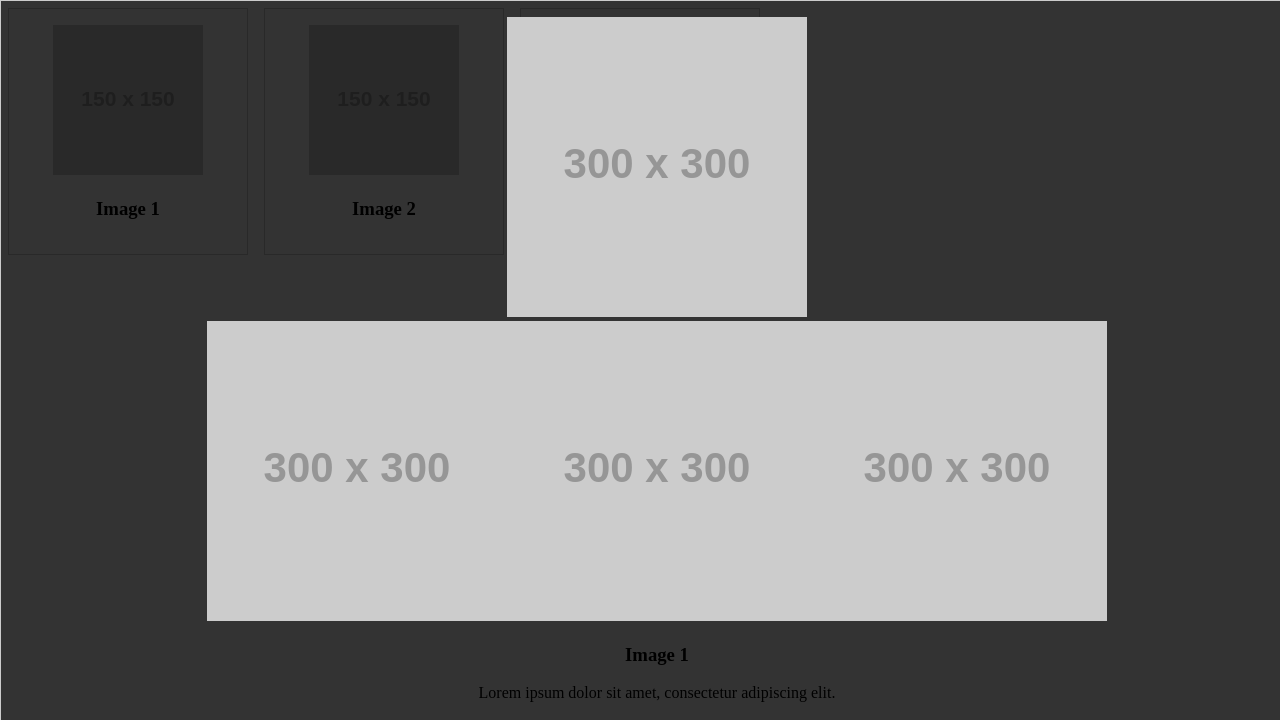
Repository: Jordybeer/wow
Page: /, after clicking the first element matching `div.card`
The author's editor kept a copy of each file at every save. The page is drawn from the files as they stood at one save, then again after the next save.
The browser window is 1280 px wide. The pictures show the whole page.
The project was rebuilt for these pictures with package versions that can differ from the ones it lists, and the page was loaded fresh each time. The framework's server and built-in components were replaced by stand-ins that run in the browser.

Above is the page before, as saved 2023-09-18 09:36:16.

### pages/_app.tsx
// pages/_app.tsx
import '../styles/styles.css';

function MyApp({ Component, pageProps }) {
  return <Component {...pageProps} />;
}

export default MyApp;

### pages/index.tsx
// pages/index.tsx
import React, { useState } from 'react';
import CardGrid from '../components/CardGrid';
import ExpandedCard from '../components/ExpandedCard';

const Home = () => {
  const [selectedCard, setSelectedCard] = useState(null);

  return (
    <div>
      <CardGrid setSelectedCard={setSelectedCard} />
      {selectedCard && (
        <ExpandedCard data={selectedCard} setSelectedCard={setSelectedCard} />
      )}
    </div>
  );
};

export default Home;

### styles/styles.css
/* styles/styles.css */
.grid {
  display: grid;
  grid-template-columns: repeat(auto-fill, minmax(200px, 1fr));
  gap: 16px;
}

.card, .expanded-card {
  border: 1px solid #ccc;
  padding: 16px;
  text-align: center;
  transition: all 0.3s ease-in-out;
}

.expanded-card {
  position: fixed;
  top: 0;
  left: 0;
  width: 100%;
  height: 100%;
  background-color: rgba(0, 0, 0, 0.8);
  z-index: 1000;
}

.slideshow {
  width: 100%;
  height: 50%;
  overflow: hidden;
}

.description {
  padding: 16px;
}

### components/CardGrid.tsx
// components/CardGrid.tsx
import React from 'react';
import Card from './Card';

const CardGrid = ({ setSelectedCard }) => {
  const data = [
    { img: 'https://via.placeholder.com/150', title: 'Image 1' },
    { img: 'https://via.placeholder.com/150', title: 'Image 2' },
    { img: 'https://via.placeholder.com/150', title: 'Image 3' },
    // ... more data
  ];

  return (
    <div className="grid">
      {data.map((item, index) => (
        <Card key={index} data={item} setSelectedCard={setSelectedCard} />
      ))}
    </div>
  );
};

export default CardGrid;

### components/ExpandedCard.tsx
// components/ExpandedCard.tsx
import React, { useState, useEffect } from 'react';
import { motion, AnimatePresence } from 'framer-motion';

const ExpandedCard = ({ data, setSelectedCard }) => {
  const [currentSlide, setCurrentSlide] = useState(0);
  const images = [
    'https://via.placeholder.com/300',
    'https://via.placeholder.com/300',
    'https://via.placeholder.com/300',
  ];

  useEffect(() => {
    const timer = setTimeout(() => {
      setCurrentSlide((prevSlide) => (prevSlide + 1) % images.length);
    }, 3000);
    return () => clearTimeout(timer);
  }, [currentSlide]);

  return (
    <AnimatePresence>
      <motion.div
        className="expanded-card"
        initial={{ opacity: 0 }}
        animate={{ opacity: 1 }}
        exit={{ opacity: 0 }}
        onClick={() => setSelectedCard(null)}
      >
        <div className="top-half">
          <div className="carousel">
            <img src={images[currentSlide]} alt={`Slide ${currentSlide + 1}`} />
          </div>
          <div className="thumbnails">
            {images.map((img, index) => (
              <img
                key={index}
                src={img}
                alt={`Thumbnail ${index + 1}`}
                onClick={() => setCurrentSlide(index)}
              />
            ))}
          </div>
        </div>
        <div className="bottom-half">
          <h3>{data.title}</h3>
          <p>Lorem ipsum dolor sit amet, consectetur adipiscing elit.</p>
        </div>
      </motion.div>
    </AnimatePresence>
  );
};

export default ExpandedCard;

### components/Card.tsx
// components/Card.tsx
import { motion } from 'framer-motion';

const Card = ({ data, setSelectedCard }) => {
  return (
    <motion.div
      className="card"
      whileHover={{ scale: 1.1 }}
      whileTap={{ scale: 0.9 }}
      onClick={() => setSelectedCard(data)}
    >
      <img src={data.img} alt={data.title} />
      <h3>{data.title}</h3>
    </motion.div>
  );
};

export default Card;

After the next save:
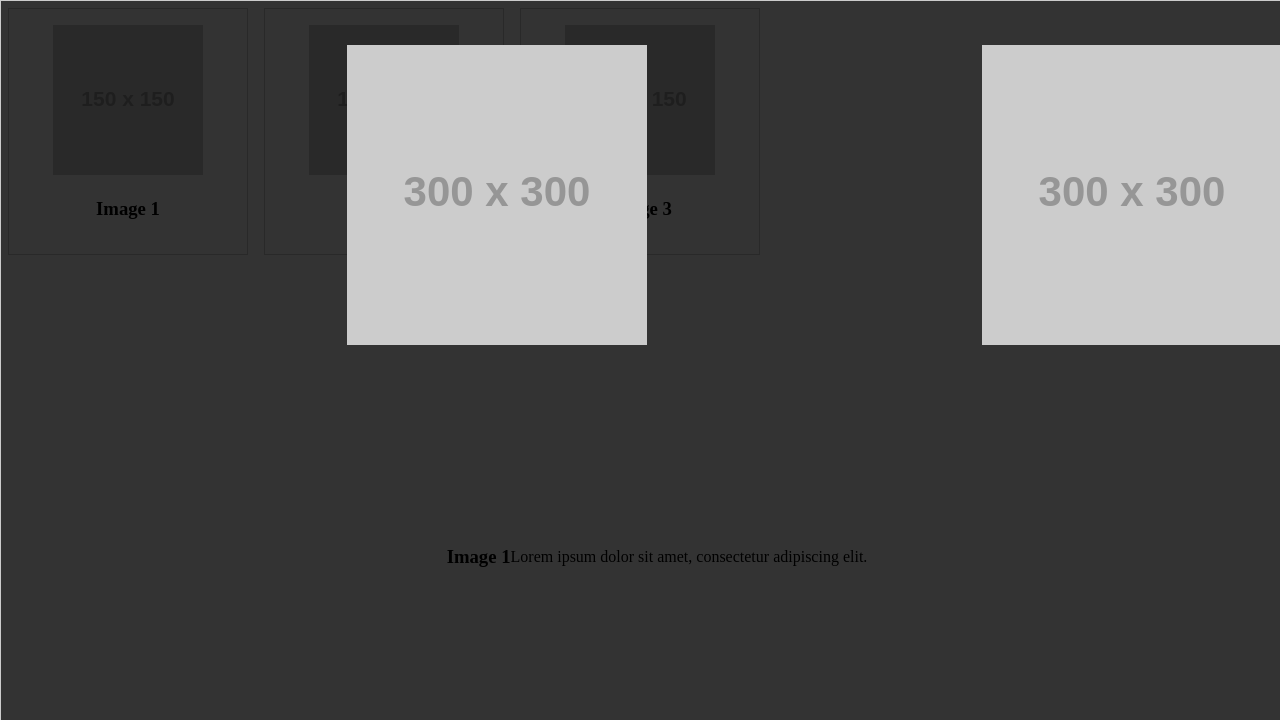
Saved 39 s later.
--- a/styles/styles.css
+++ b/styles/styles.css
@@ -20,6 +20,8 @@
   height: 100%;
   background-color: rgba(0, 0, 0, 0.8);
   z-index: 1000;
+  display: flex;
+  flex-direction: column;
 }
 
 .slideshow {
@@ -31,3 +33,30 @@
 .description {
   padding: 16px;
 }
+
+/* styles/styles.css */
+/* ...existing styles */
+
+
+.top-half,
+.bottom-half {
+  flex: 1;
+  display: flex;
+  align-items: center;
+  justify-content: center;
+}
+
+.carousel {
+  flex: 3;
+}
+
+.thumbnails {
+  flex: 1;
+  overflow-x: auto;
+  white-space: nowrap;
+}
+
+.thumbnails img {
+  margin: 0 5px;
+  cursor: pointer;
+}
